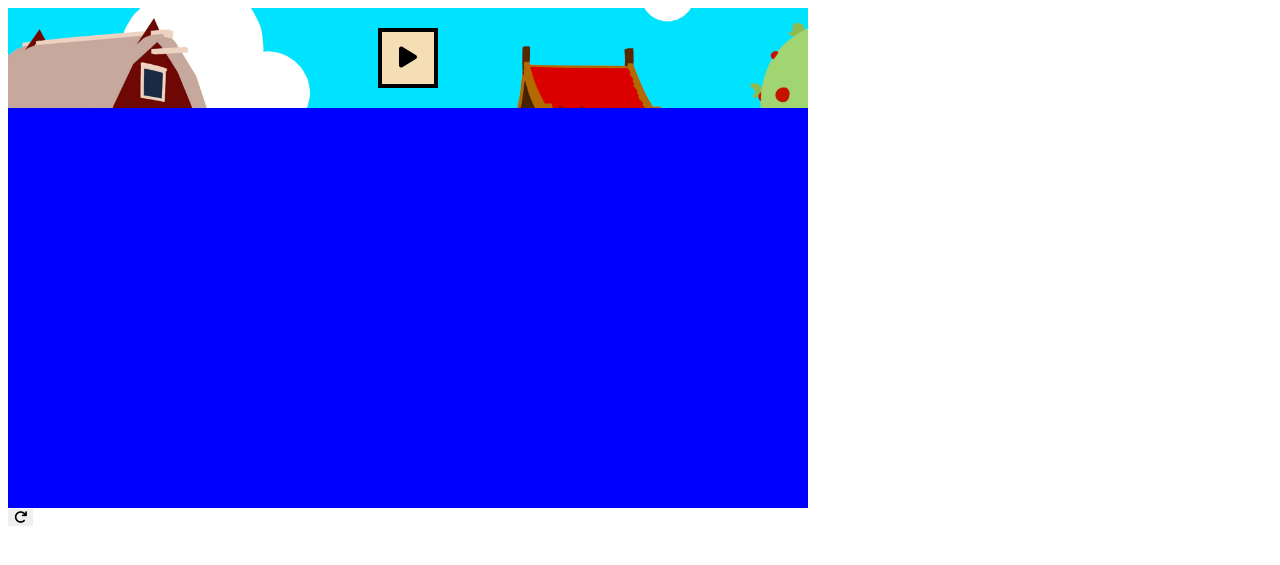
Repository: rumor1993/DreamCoding-Browser101
Page: Chapter07/ellie/index.html
An editor plug-in stored every save of this project. The page is shown before and after the next save, followed by the edit.
The browser window is 1280 px wide. The pictures show the whole page.
The pointer rests on the first visible `.game-button`.
Some web libraries are served in a nearby version.

Above is the page before, as saved 2021-01-03 18:35:29.

After the next save:
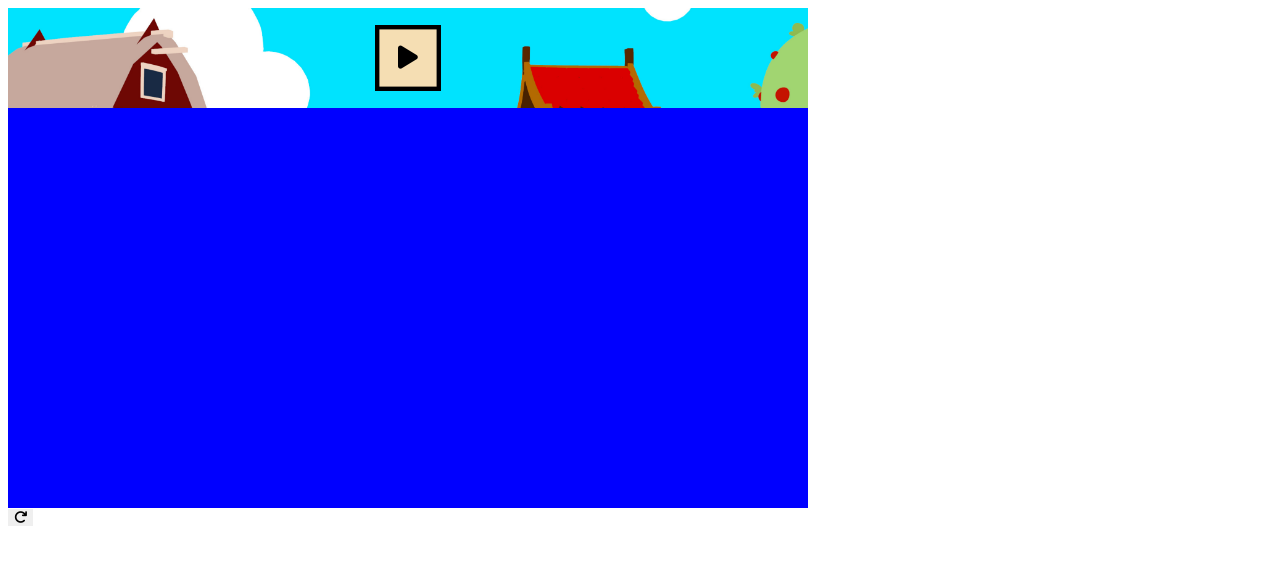
Saved 11 s later.
--- a/Chapter07/ellie/index.css
+++ b/Chapter07/ellie/index.css
@@ -28,7 +28,7 @@ button {
 }
 
 .game-button:hover {
-  transform: scale(1, 1);
+  transform: scale(1.1);
 }
 
 .game-field {
